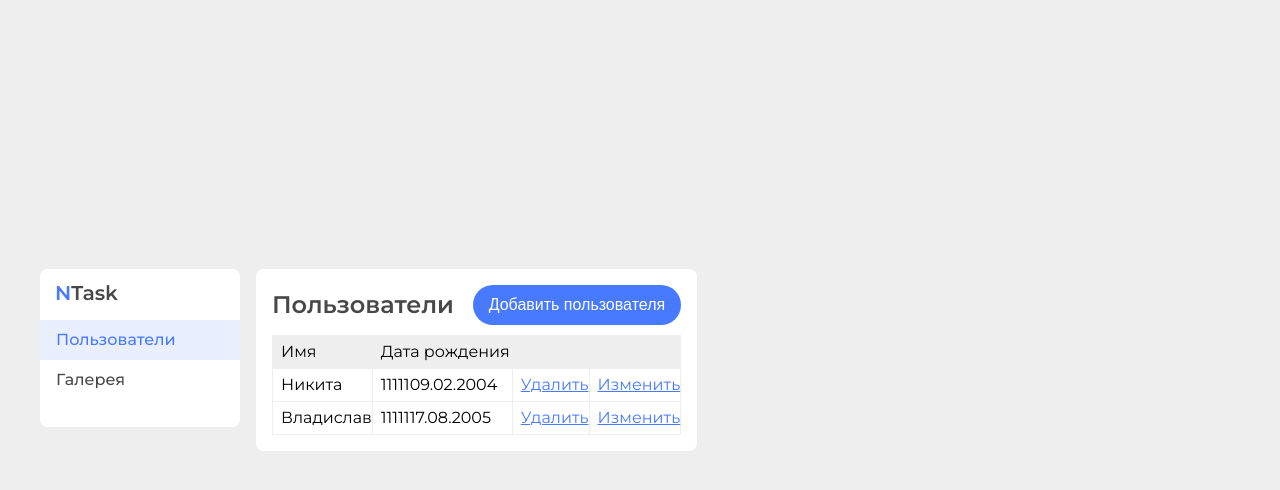
Repository: Grid-Master/NTask
Page: /gallery
An editor plug-in stored every save of this project. The page is shown before and after the next save, followed by the edit.
The browser window is 1280 px wide. The pictures show the whole page.
The project was rebuilt for these pictures with package versions that can differ from the ones it lists, and the page was loaded fresh each time. Also part of the build but not shown: src/components/gallery/gallery.sass, src/components/gallery/Gallery.tsx, src/components/updateUser/updateUser.sass, src/components/updateUser/UpdateUser.tsx.

Above is the page before, as saved 2023-06-09 19:45:41.

After the next save:
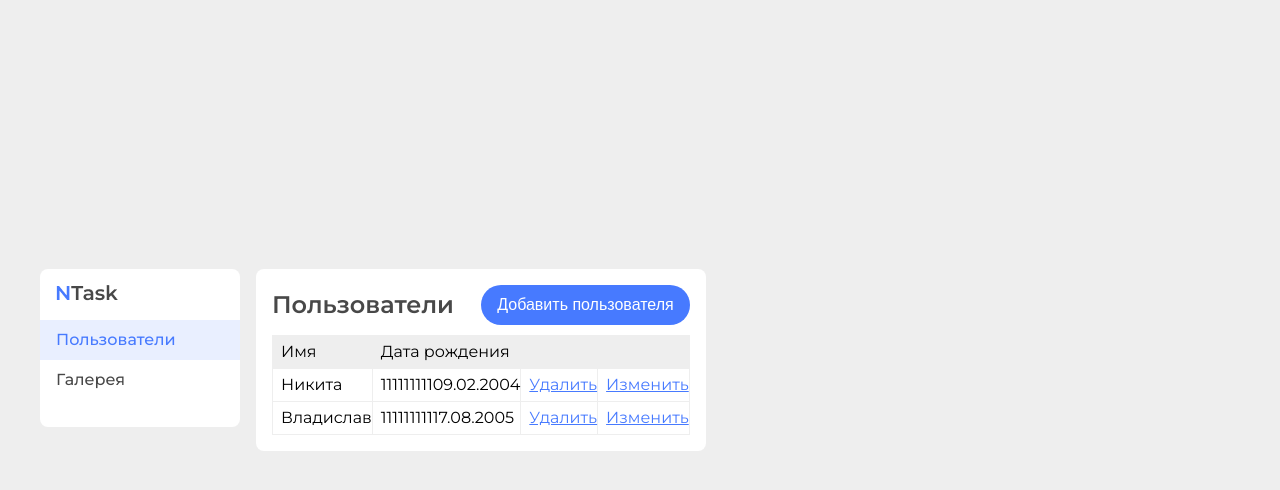
Saved 5 s later.
--- a/src/components/userList/UserList.tsx
+++ b/src/components/userList/UserList.tsx
@@ -36,7 +36,7 @@ const UserList: FC = () => {
         {users.map((user) => (
           <tr key={user.id}>
             <td>{user.name}</td>
-            <td> 11111{user.date}</td>
+            <td> 111111111{user.date}</td>
             <td className="userList__table-btn" onClick={() => deleteHandler(user.id)}>
               Удалить
             </td>
